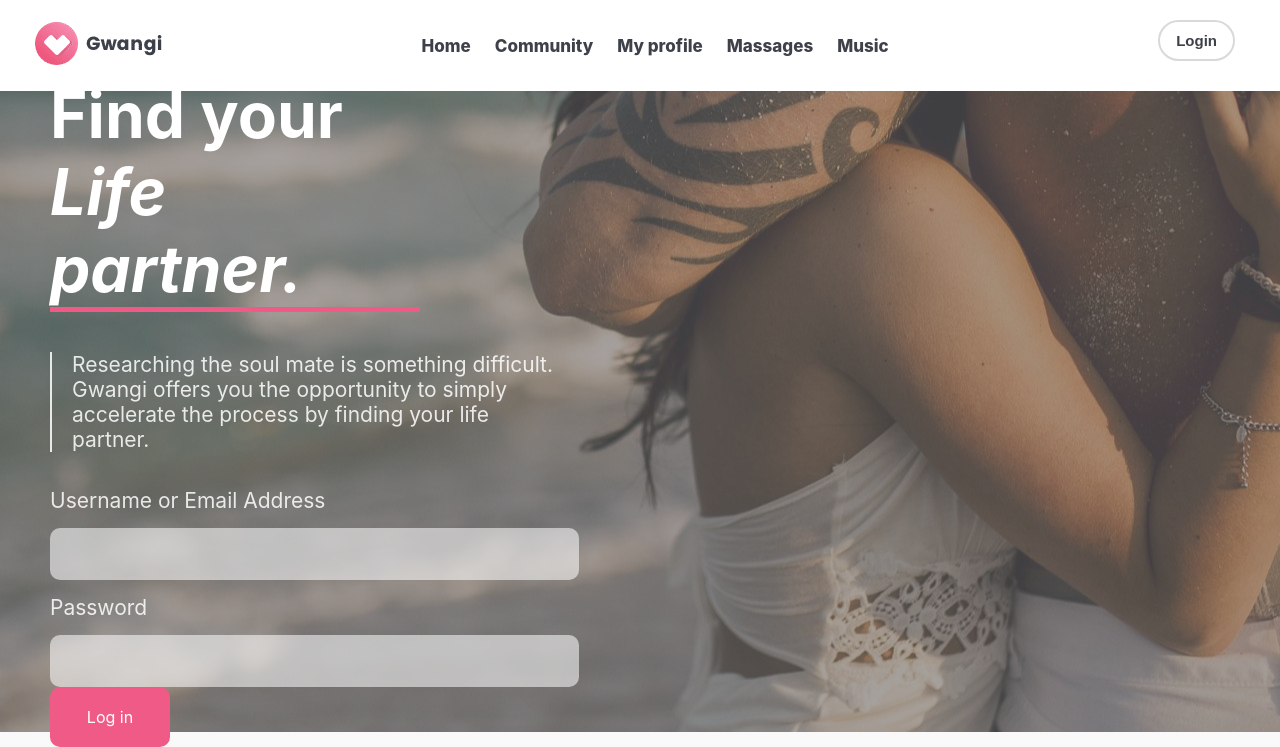
Repository: ShokunLiubov/Soc-Network-React
Page: /login
The author's editor kept a copy of each file at every save. The page is drawn from the files as they stood at one save, then again after the next save.
The browser window is 1280 px wide. The pictures show the whole page.
The project was rebuilt for these pictures with package versions that can differ from the ones it lists, and the page was loaded fresh each time. Also part of the build but not shown: src/components/common/Paginator/Paginator.module.css, src/components/common/Paginator/Paginator.jsx, src/components/Community/Community.module.css, src/components/Community/Friend/Friend.jsx, src/components/Community/Community.jsx, src/components/common/Preloader/Preloader.jsx, src/components/Community/CommunityContainer.jsx, src/components/Dialogs/Dialogs.module.css and 14 more.

Above is the page before, as saved 2022-08-24 18:16:58.

After the next save:
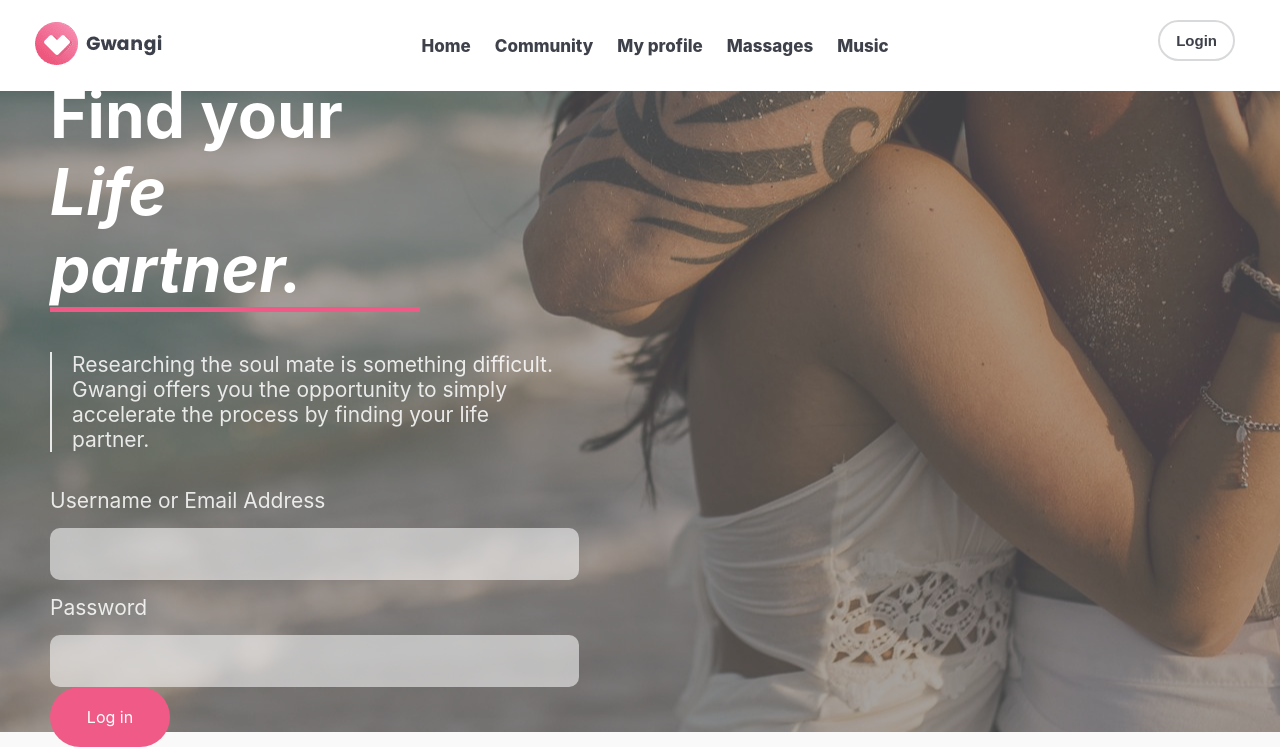
Saved 52 s later.
--- a/src/components/Auth/Registration/Registration.module.css
+++ b/src/components/Auth/Registration/Registration.module.css
@@ -72,7 +72,7 @@
     justify-content: center;
     align-items: center;
     color: #ffffff;
-    border-radius: 10px;
+    border-radius: 35px;
 }
 
 /* FORM */
